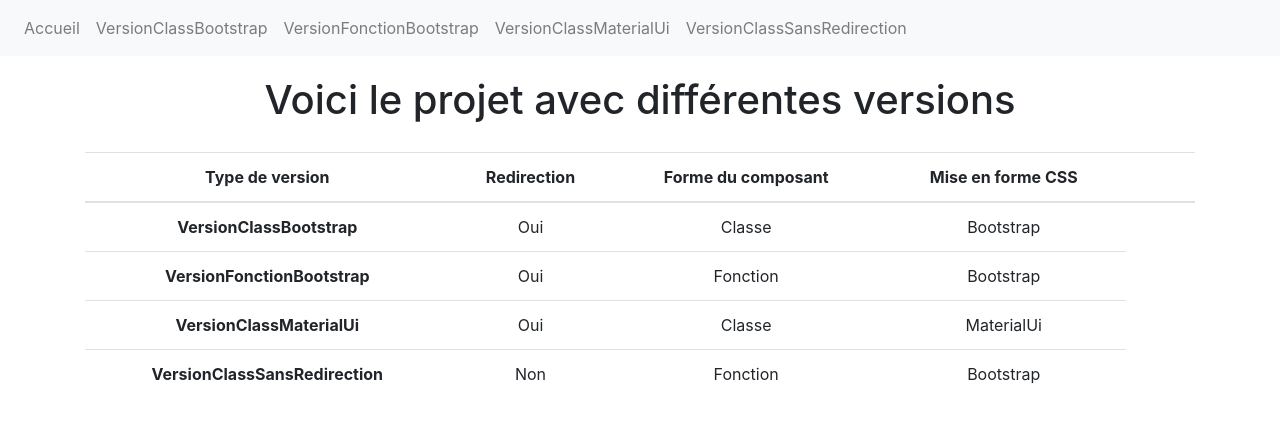
Repository: LudovicB21/CountryTest
Page: /
These files come from the project's save history. The page is drawn as it stood at one moment and after the next save; the edit follows.
The browser window is 1280 px wide. The pictures show the whole page.
The project was rebuilt for these pictures with package versions that can differ from the ones it lists, and the page was loaded fresh each time. Also part of the build but not shown: src/components/VersionClassBootstrap/ListPays.components.js, src/components/VersionClassMaterialUi/ListPays.components.js, src/components/VersionFonctionBoostrap/ListPays.components.js, src/components/VersionSansRedirection/ListPays.component.js, src/components/VersionClassBootstrap/InfoPays.components.js, src/components/VersionClassMaterialUi/InfoPays.components.js, src/components/VersionFonctionBoostrap/InfoPays.components.js.

Above is the page before, as saved 2020-10-29 13:34:31.

After the next save:
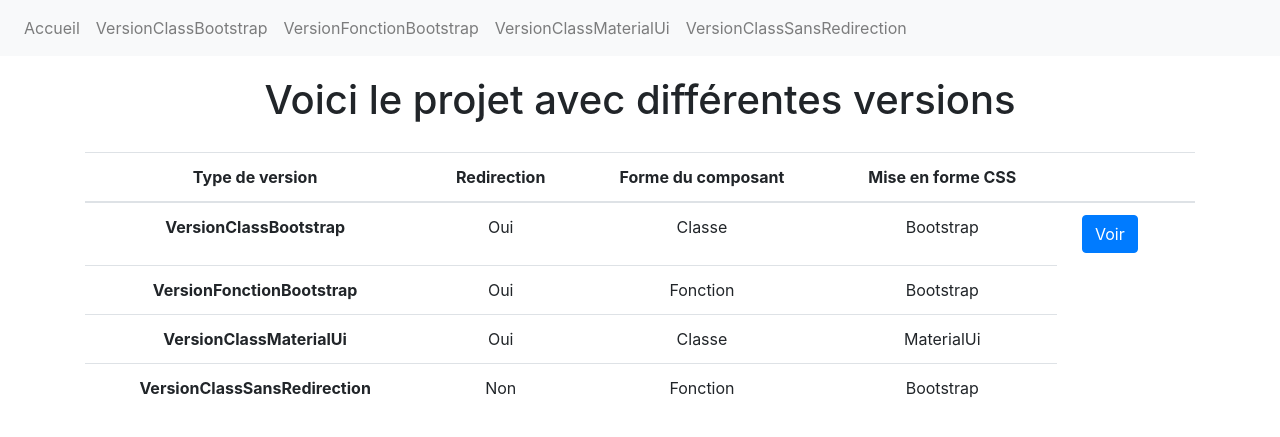
Saved 40 s later.
--- a/src/components/Accueil.js
+++ b/src/components/Accueil.js
@@ -22,6 +22,7 @@ class Accueil extends Component {
                             <td>Oui</td>
                             <td>Classe</td>
                             <td>Bootstrap  </td>
+                            <td> <button className="btn btn-primary"> Voir </button></td>
                         </tr>
                         <tr>
                         <th scope="row">VersionFonctionBootstrap</th>
